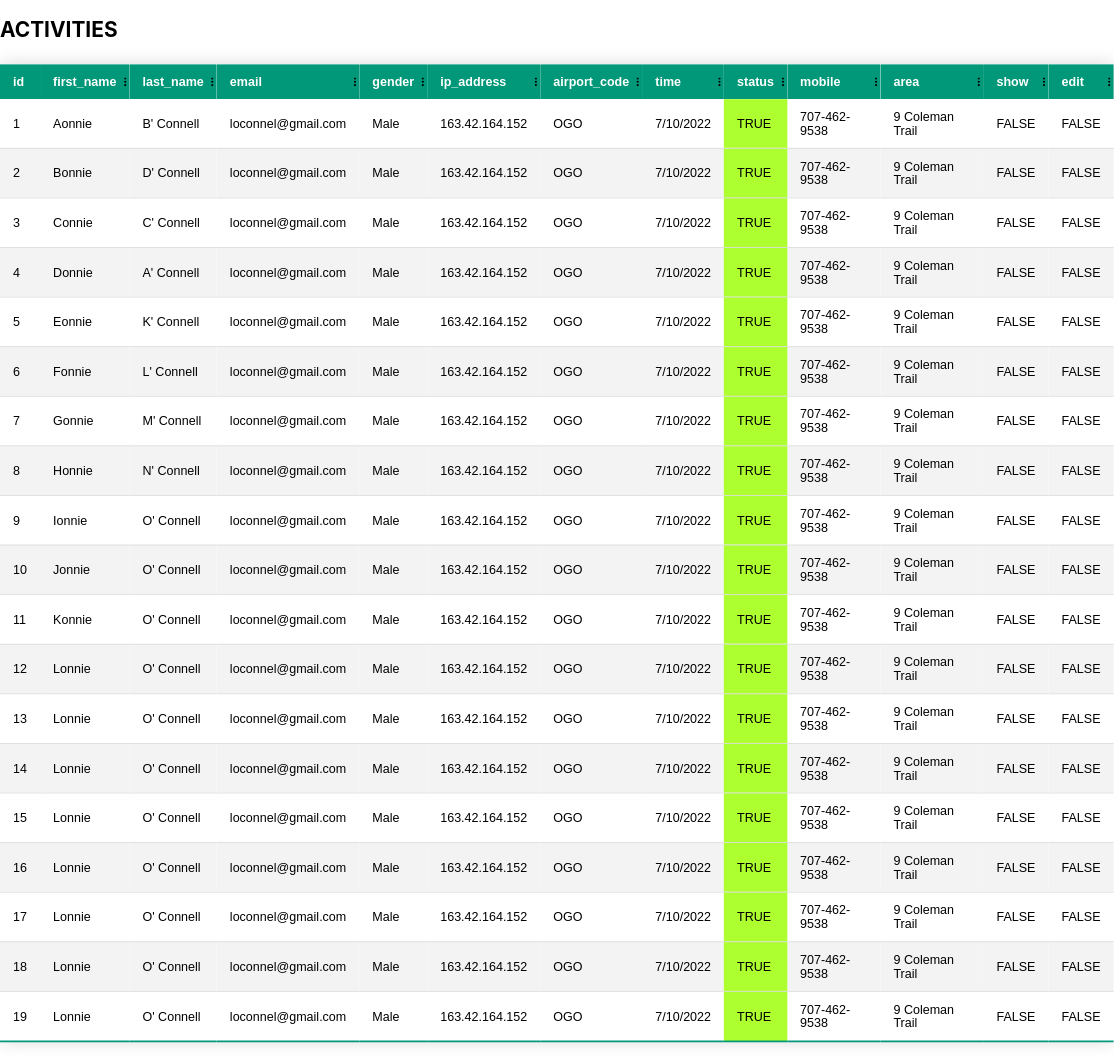
Repository: kartik077-cr7/Ckart
Page: /
An editor plug-in stored every save of this project. The page is shown before and after the next save, followed by the edit.
The browser window is 1280 px wide. The pictures show the whole page, at 87% of full size.
The project was rebuilt for these pictures with package versions that can differ from the ones it lists, and the page was loaded fresh each time. Also part of the build but not shown: src/components/Modal.js.

Above is the page before, as saved 2022-12-10 22:47:42.

After the next save:
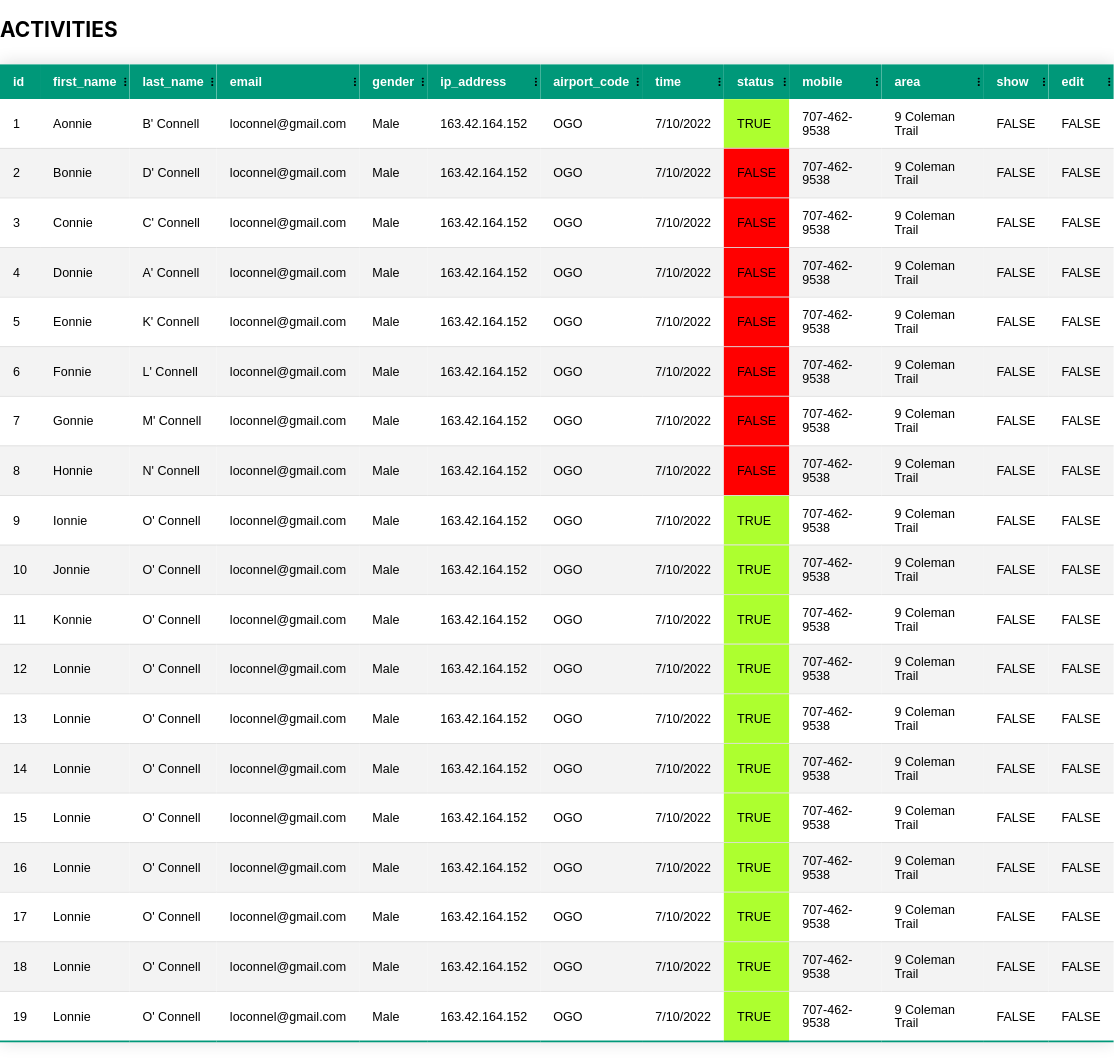
Saved 27 s later.
--- a/src/demoData/data.js
+++ b/src/demoData/data.js
@@ -23,7 +23,7 @@ export const driversData = [
 		ip_address: "163.42.164.152",
 		airport_code:"OGO",
 		time:"7/10/2022",
-		status:"TRUE",
+		status:"FALSE",
 		mobile:"707-462-9538",
 		area: "9 Coleman Trail",
 		show: "FALSE",
@@ -38,7 +38,7 @@ export const driversData = [
 		ip_address: "163.42.164.152",
 		airport_code:"OGO",
 		time:"7/10/2022",
-		status:"TRUE",
+		status:"FALSE",
 		mobile:"707-462-9538",
 		area: "9 Coleman Trail",
 		show: "FALSE",
@@ -53,7 +53,7 @@ export const driversData = [
 		ip_address: "163.42.164.152",
 		airport_code:"OGO",
 		time:"7/10/2022",
-		status:"TRUE",
+		status:"FALSE",
 		mobile:"707-462-9538",
 		area: "9 Coleman Trail",
 		show: "FALSE",
@@ -68,7 +68,7 @@ export const driversData = [
 		ip_address: "163.42.164.152",
 		airport_code:"OGO",
 		time:"7/10/2022",
-		status:"TRUE",
+		status:"FALSE",
 		mobile:"707-462-9538",
 		area: "9 Coleman Trail",
 		show: "FALSE",
@@ -83,7 +83,7 @@ export const driversData = [
 		ip_address: "163.42.164.152",
 		airport_code:"OGO",
 		time:"7/10/2022",
-		status:"TRUE",
+		status:"FALSE",
 		mobile:"707-462-9538",
 		area: "9 Coleman Trail",
 		show: "FALSE",
@@ -98,7 +98,7 @@ export const driversData = [
 		ip_address: "163.42.164.152",
 		airport_code:"OGO",
 		time:"7/10/2022",
-		status:"TRUE",
+		status:"FALSE",
 		mobile:"707-462-9538",
 		area: "9 Coleman Trail",
 		show: "FALSE",
@@ -113,7 +113,7 @@ export const driversData = [
 		ip_address: "163.42.164.152",
 		airport_code:"OGO",
 		time:"7/10/2022",
-		status:"TRUE",
+		status:"FALSE",
 		mobile:"707-462-9538",
 		area: "9 Coleman Trail",
 		show: "FALSE",
